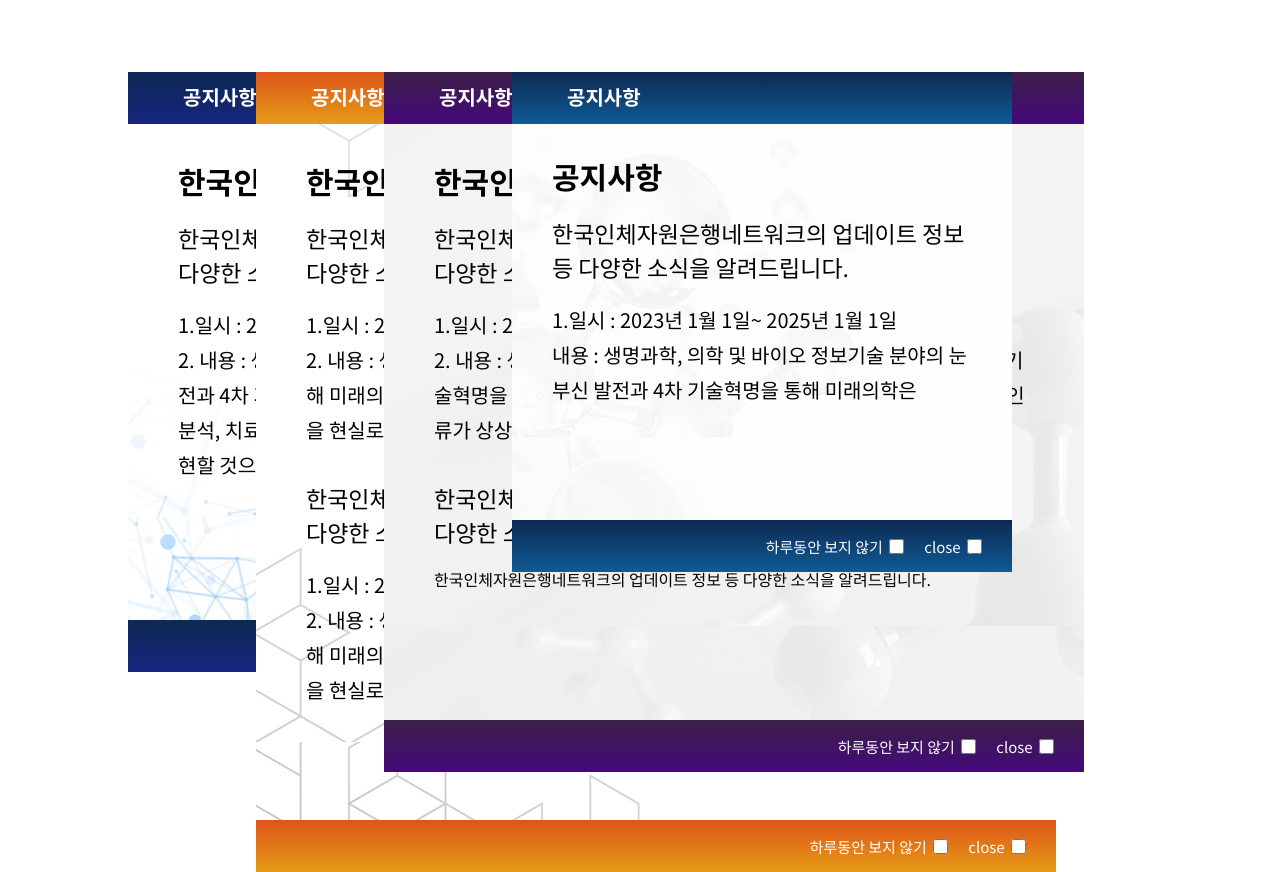
Repository: dlgywls1130/common_popup
Page: index.html
The author's editor kept a copy of each file at every save. The page is drawn from the files as they stood at one save, then again after the next save.
The browser window is 1280 px wide. The pictures show the whole page.

Above is the page before, as saved 2023-10-26 00:48:49.

### index.html
<!DOCTYPE html>
<html lang="en">
<head>
    <meta charset="UTF-8">
    <meta name="viewport" content="width=device-width, initial-scale=1.0">
    <title>Document</title>

    <link rel="stylesheet" href="./style.css">
</head>
<body>

    <!-- 첫번째 팝업 -->
    <div class="common_modal blue">
        <div class="common_head ">
            공지사항
        </div>
        <div class="common_body">
            <h2 class="common_body_head">
                한국인체자원은행네트워크 공지사항
            </h2>
            <div class="common_body_span">
                한국인체자원은행네트워크의 업데이트 정보 등
                <br>다양한 소식을 알려드립니다.
            </div>
            <div class="common_body_descript">
                <p>1.일시 : 2023년 1월 1일~ 2025년 1월 1일</p>
                <p>2. 내용 : 생명과학, 의학 및 바이오 정보기술 분야의 눈부신
                발전과 4차 기술혁명을 통해 미래의학은 질병의 예방, 진단,
                예후분석, 치료에 있어서 인류가 상상하지 못했던 꿈을 현실로
                실현할 것으로 예상되고 있습니다.</p>
            </div>
        </div>
        <div class="common_footer">
            <div class="day_off">
                <label for="all-none">하루동안 보지 않기</label>
                <input id="all-none" type="checkbox">
            </div>
            <div class="day_close">
                <label for="closechk">close</label>
                <input id="closechk" type="checkbox">
            </div>
        </div>
    </div>

    <!-- 두번째 팝업 -->
    <div class="common_modal orange">
        <div class="common_head">
            공지사항
        </div>
        <div class="common_body">
            <h2 class="common_body_head">
                한국인체자원은행네트워크 공지사항
            </h2>
            <div class="common_body_span">
                한국인체자원은행네트워크의 업데이트 정보 등
                <br>다양한 소식을 알려드립니다.
            </div>
            <div class="common_body_descript mb-34">
                <p>1.일시 : 2023년 1월 1일~ 2025년 1월 1일</p>
                <p>2. 내용 : 생명과학, 의학 및 바이오 정보기술 분야의 눈부신
                발전과 4차 기술혁명을 통해 미래의학은 질병의 예방, 진단,
                예후분석, 치료에 있어서 인류가 상상하지 못했던 꿈을 현실로
                실현할 것으로 예상되고 있습니다.</p>
            </div>
            <div class="common_body_span">
                한국인체자원은행네트워크의 업데이트 정보 등
                <br>다양한 소식을 알려드립니다.
            </div>
            <div class="common_body_descript">
                <p>1.일시 : 2023년 1월 1일~ 2025년 1월 1일</p>
                <p>2. 내용 : 생명과학, 의학 및 바이오 정보기술 분야의 눈부신
                발전과 4차 기술혁명을 통해 미래의학은 질병의 예방, 진단,
                예후분석, 치료에 있어서 인류가 상상하지 못했던 꿈을 현실로
                실현할 것으로 예상되고 있습니다.</p>
            </div>
        </div>
        <div class="common_footer">
            <div class="day_off">
                <label for="all-none">하루동안 보지 않기</label>
                <input id="all-none" type="checkbox">
            </div>
            <div class="day_close">
                <label for="closechk">close</label>
                <input id="closechk" type="checkbox">
            </div>
        </div>
    </div>

    <!-- 세번째팝업 -->
    <div class="common_modal purple">
        <div class="common_head">
            공지사항
        </div>
        <div class="common_body">
            <h2 class="common_body_head">
                한국인체자원은행네트워크 공지사항
            </h2>
            <div class="common_body_span">
                한국인체자원은행네트워크의 업데이트 정보 등
                <br>다양한 소식을 알려드립니다.
            </div>
            <div class="common_body_descript mb-34">
                <p>1.일시 : 2023년 1월 1일~ 2025년 1월 1일</p>
                <p>2. 내용 : 생명과학, 의학 및 바이오 정보기술 분야의 눈부신
                발전과 4차 기술혁명을 통해 미래의학은 질병의 예방, 진단,
                예후분석, 치료에 있어서 인류가 상상하지 못했던 꿈을 현실로
                실현할 것으로 예상되고 있습니다.</p>
            </div>
            <div class="common_body_span">
                한국인체자원은행네트워크의 업데이트 정보 등
                <br>다양한 소식을 알려드립니다.
            </div>
            <p>한국인체자원은행네트워크의 업데이트 정보 등 다양한 소식을
                알려드립니다.</p>
        </div>
        <div class="common_footer">
            <div class="day_off">
                <label for="all-none">하루동안 보지 않기</label>
                <input id="all-none" type="checkbox">
            </div>
            <div class="day_close">
                <label for="closechk">close</label>
                <input id="closechk" type="checkbox">
            </div>
        </div>
    </div>

    <!-- 네번째 팝업 -->
    <div class="common_modal sky">
        <div class="common_head">
            공지사항
        </div>
        <div class="common_body">
            <h2 class="common_body_head">
                공지사항
            </h2>
            <div class="common_body_span mb-34">
                한국인체자원은행네트워크의 업데이트 정보 등
                다양한 소식을 알려드립니다.
            </div>
            <div class="common_body_descript">
                <p>1.일시 : 2023년 1월 1일~ 2025년 1월 1일</p>
                <p>내용 : 생명과학, 의학 및 바이오 정보기술 분야의
                    눈부신 발전과 4차 기술혁명을 통해 미래의학은</p>
            </div>
        </div>
        <div class="common_footer">
            <div class="day_off">
                <label for="all-none">하루동안 보지 않기</label>
                <input id="all-none" type="checkbox">
            </div>
            <div class="day_close">
                <label for="closechk">close</label>
                <input id="closechk" type="checkbox">
            </div>
        </div>
    </div>
</body>

<script src="main.js"></script>
</html>

### style.css


@import url('https://fonts.googleapis.com/css2?family=Noto+Sans+KR:wght@300;400;500;700&display=swap');

html, body, div, span, applet, object, iframe,
h1, h2, h3, h4, h5, h6, p, blockquote, pre,
a, abbr, acronym, address, big, cite, code,
del, dfn, em, img, ins, kbd, q, s, samp,
small, strike, strong, sub, sup, tt, var,
b, u, i, center,
dl, dt, dd, ol, ul, li,
fieldset, form, label, legend,
table, caption, tbody, tfoot, thead, tr, th, td,
article, aside, canvas, details, embed,
figure, figcaption, footer, header, hgroup,
menu, nav, output, ruby, section, summary,
time, mark, audio, video {
	margin: 0;
	padding: 0;
	border: 0;
	font-size: 100%;
	font: inherit;
	vertical-align: baseline;
}

.mb-34{margin-bottom: 34px;}

/* common modal */

.common_modal{
    font-family: 'Noto Sans KR', sans-serif;
    position: relative;
    display: block;

    position: absolute;
    top: 10%;
}

.common_modal .common_head{
    height: 52px;
    color: #fff;
    width: 100%;
    text-align: left;
    font-size: 20px;
    font-weight: 700;
    padding: 10px 55px;
    box-sizing: border-box;
}

.common_modal.blue {
    width: 600px;
    height: 600px;
    background: url('../img/bg1.jpg')no-repeat;
    background-size: cover;
    left: 10%;
}

.common_modal.orange {
    width: 800px;
    height: 800px;
    background: url('../img/bg2.jpg')no-repeat;
    background-size: cover;
    left: 20%;
}

.common_modal.purple {
    width: 700px;
    height: 700px;
    background: url('../img/bg3.jpg')no-repeat;
    background-size: cover;
    left: 30%;
}

.common_modal.sky {
    width: 500px;
    height: 500px;
    background: url('../img/bg4.jpg')no-repeat;
    background-size: cover;
    left: 40%;
}

.common_modal.blue .common_body{
    background: url('../img/bg1.jpg')no-repeat;
    background-size: cover;
    width: 100%;
    padding: 35px 50px;
    box-sizing: border-box;
}

.common_modal.orange .common_body{
    background: url('../img/bg2.jpg')no-repeat;
    background-size: cover;
    width: 100%;
    padding: 35px 50px;
    box-sizing: border-box;
}

.common_modal.purple .common_body{
    background: url('../img/bg3.jpg')no-repeat;
    background-size: cover;
    width: 100%;
    padding: 35px 50px;
    box-sizing: border-box;
}

.common_modal.sky .common_body{
    background: url('../img/bg4.jpg')no-repeat;
    background-size: cover;
    width: 100%;
    padding: 30px 40px;
    box-sizing: border-box;
}

.common_footer{
    position: absolute;
    bottom: 0;
    left: 0;
    width: 100%;
    height: 52px;
    display: flex;
    align-items: center;
    justify-content: flex-end;
    padding: 20px 30px;
    box-sizing: border-box;
}

.common_footer .day_off label,
.common_footer .day_close label{
    color: #fff;
    font-size: 15px;
    font-weight: 300;
    margin-right: 0.4rem;

}

.common_footer .day_off{
    margin-right: 20px;
    display: flex;
    align-items: center;
}

.common_footer .day_close {
    display: flex;
    align-items: center;
}

.common_footer input[type="checkbox" i] {
    width: 15px;
    height: 15px;
    background-color: #fff;
    border: none;
    margin: 0;
}

.common_modal.blue .common_head,
.common_modal.blue .common_footer
{
    background: linear-gradient(180deg, rgba(13,41,83,1) 0%, rgba(22,37,128,1) 100%);
}

.common_modal.orange .common_head,
.common_modal.orange .common_footer
{
    background: linear-gradient(180deg, rgba(221,85,25,1) 0%, rgba(230,155,24,1) 100%);
}

.common_modal.purple .common_head,
.common_modal.purple .common_footer
{
    background: linear-gradient(180deg, rgba(59,31,71,1) 0%, rgba(69,8,123,1) 100%);
}

.common_modal.sky .common_head,
.common_modal.sky .common_footer
{
    background: linear-gradient(180deg, rgba(13,41,83,1) 0%, rgba(15,91,149,1) 100%);
}


.common_body_head{
    font-size: 30px;
    font-weight: 700;
    margin-bottom: 18px;
}

.common_body_span{
    font-size: 23px;
    font-weight: 500;
    margin-bottom: 18px;
    line-height: 34px;
}

.common_body_descript p{
    font-size: 20px;
    line-height: 35px;
    font-weight: 300;
}

### main.js
// 팝업 닫기 기능
document.querySelectorAll('.day_close input').forEach((closeBtn, index) => {
    closeBtn.addEventListener('change', function() {
        if (this.checked) {
            this.closest('.common_modal').style.display = 'none';
            this.checked = false; // 체크를 해제합니다.
            sessionStorage.removeItem('hideModal' + index); // 해당 팝업의 세션스토리지 정보를 삭제합니다.
        }
    });
});

// 쿠키 설정 함수
function setCookie(name, value, hours) {
    let date = new Date();
    date.setTime(date.getTime() + (hours*60*60*1000));
    let expires = "expires="+date.toUTCString();
    document.cookie = name + "=" + value + ";" + expires + ";path=/";
}

// 쿠키 가져오기 함수
function getCookie(name) {
    let cookieArray = document.cookie.split(';');
    for(let i = 0; i < cookieArray.length; i++) {
        let cookie = cookieArray[i].trim();
        if (cookie.indexOf(name) == 0) {
            return cookie.substring(name.length + 1, cookie.length);
        }
    }
    return "";
}

document.querySelectorAll('.day_off input').forEach((dayOffBtn, index) => {
    dayOffBtn.addEventListener('change', function() {
        if (this.checked) {
            setCookie('hideModal' + index, 'true', 24); // 24시간 동안 쿠키 설정
            this.closest('.common_modal').style.display = 'none';
        }
    });

    if (getCookie('hideModal' + index) === 'true') {
        dayOffBtn.closest('.common_modal').style.display = 'none';
    } else {
        dayOffBtn.closest('.common_modal').style.display = 'block';
    }
});

After the next save:
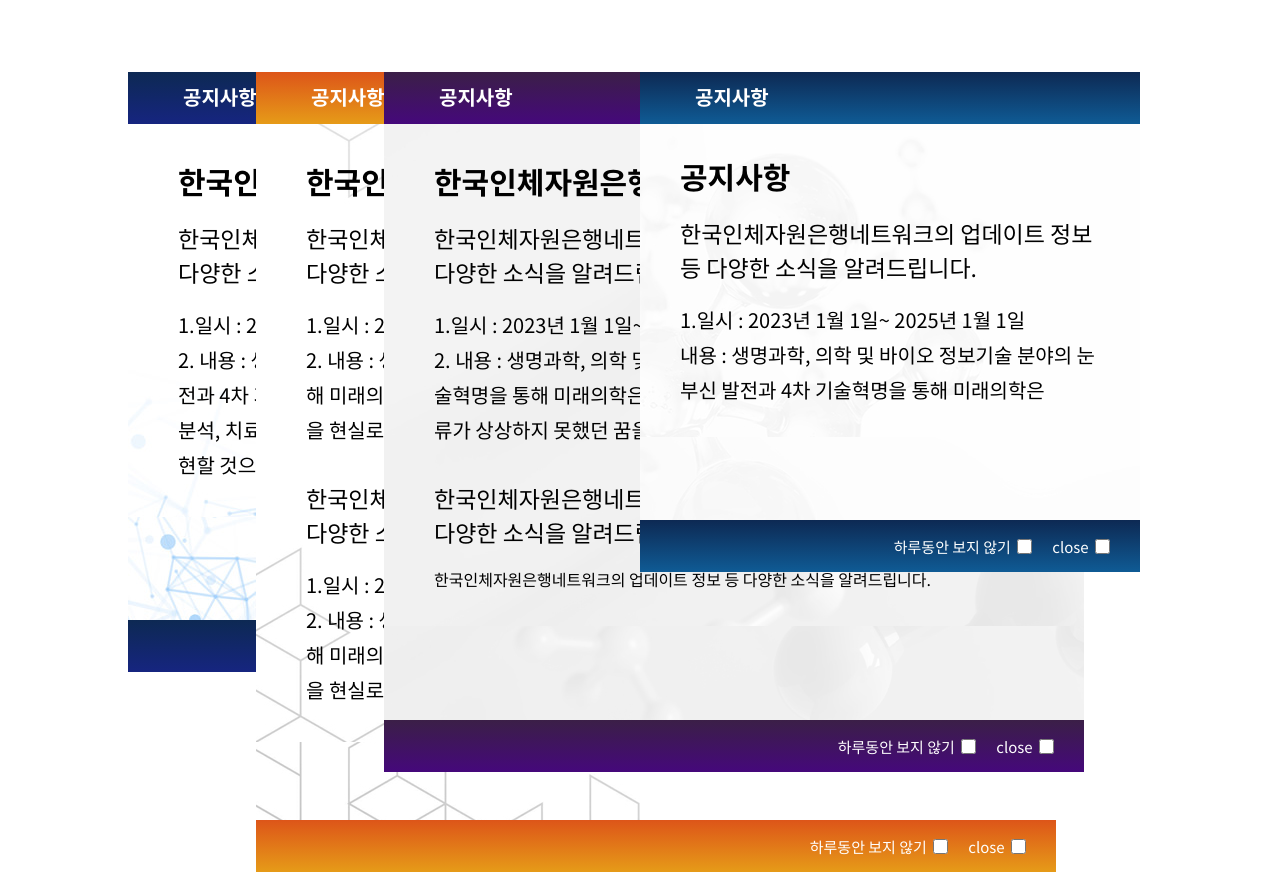
Saved 12 s later.
--- a/style.css
+++ b/style.css
@@ -76,7 +76,7 @@ time, mark, audio, video {
     height: 500px;
     background: url('../img/bg4.jpg')no-repeat;
     background-size: cover;
-    left: 40%;
+    left: 50%;
 }
 
 .common_modal.blue .common_body{
